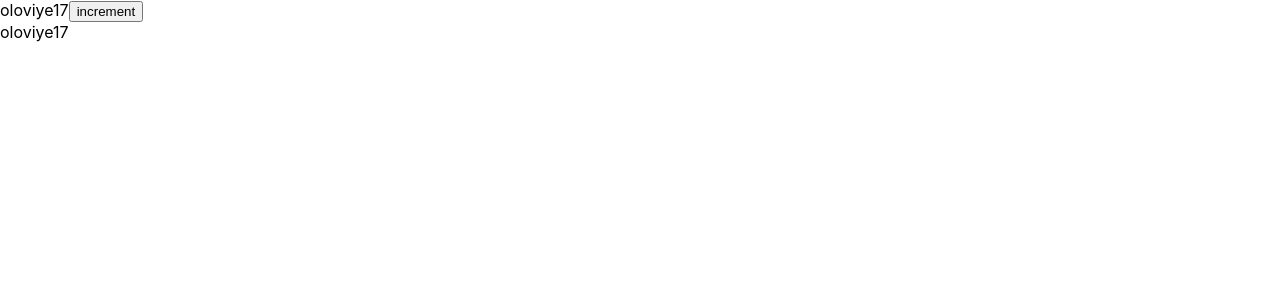
Repository: Farbod29/Simple-React-context-github
Page: /
These files come from the project's save history. The page is drawn as it stood at one moment and after the next save; the edit follows.
The browser window is 1280 px wide. The pictures show the whole page.
The project was rebuilt for these pictures with package versions that can differ from the ones it lists, and the page was loaded fresh each time.

Above is the page before, as saved 2021-02-25 22:26:51.

After the next save:
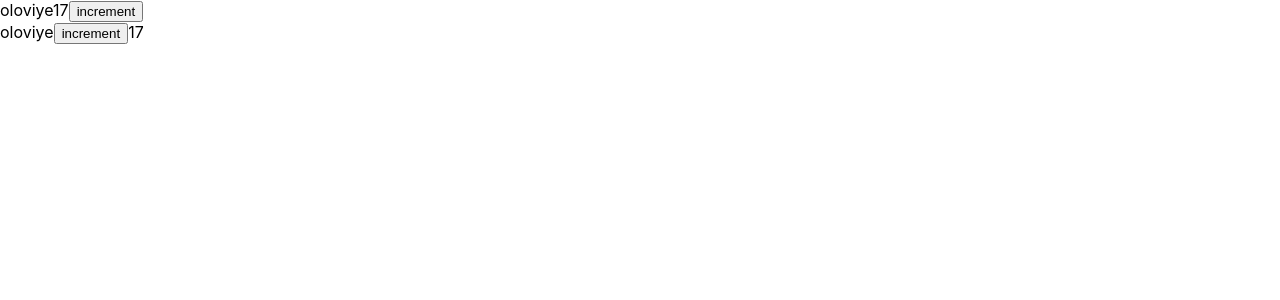
Saved 59 s later.
--- a/src/DasteBil.js
+++ b/src/DasteBil.js
@@ -13,7 +13,7 @@ function DasteBil() {
   return (
     <div>
       {consumer.name}
-      {/* <button onClick={() => ageIncrementer2(sosis)}> increment </button> */}
+      <button onClick={() => ageIncrementer2()}> increment </button>
       {sosis1}
     </div>
   );
